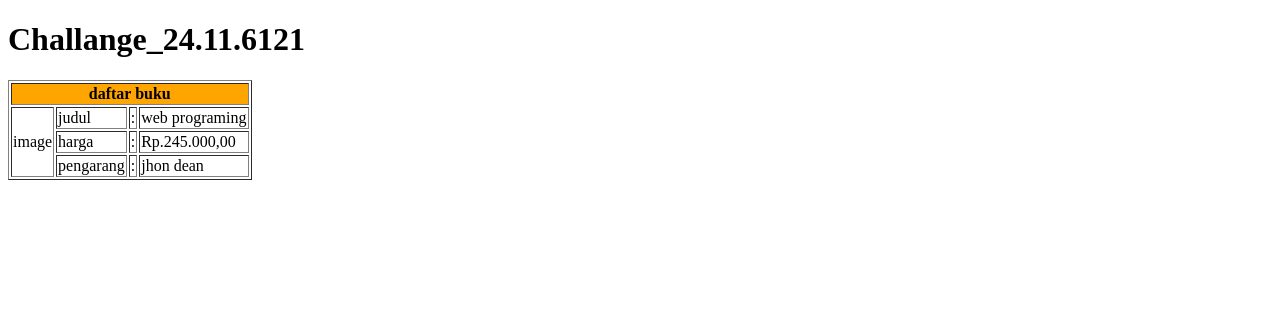
Repository: Tepen-com/challenge_24.11.6121_p4
Page: index.html
An editor plug-in stored every save of this project. The page is shown before and after the next save, followed by the edit.
The browser window is 1280 px wide. The pictures show the whole page.

Above is the page before, as saved 2026-04-20 10:47:47.

### index.html
<!DOCTYPE html>
<html lang="eng">
    <head>
        <meta charset="UTF-8">
        <meta name="viewport" content="width=device-width , initiave">
        <title>p1
        </title>

    </head>
    <body>
        <h1>Challange_24.11.6121</h1>
        <table border="1">
            <tr>
                <th colspan="4" bgcolor="orange"> daftar buku</th>
            </tr>
            <tr>
                <td rowspan="4"> image
                </td>
                <td>
                    judul
                </td>
                <td>
                    :
                </td>
                <td>
                    web programing
                </td>
            </tr>
            <tr>
                <td>harga</td>
                <td>:</td>
                <td>Rp.245.000,00</td>
            </tr>
            <tr>
                <td>pengarang</td>
                <td>:</td>
                <td>jhon dean</td>
            </tr>
        </table>



    </body>


</html>

After the next save:
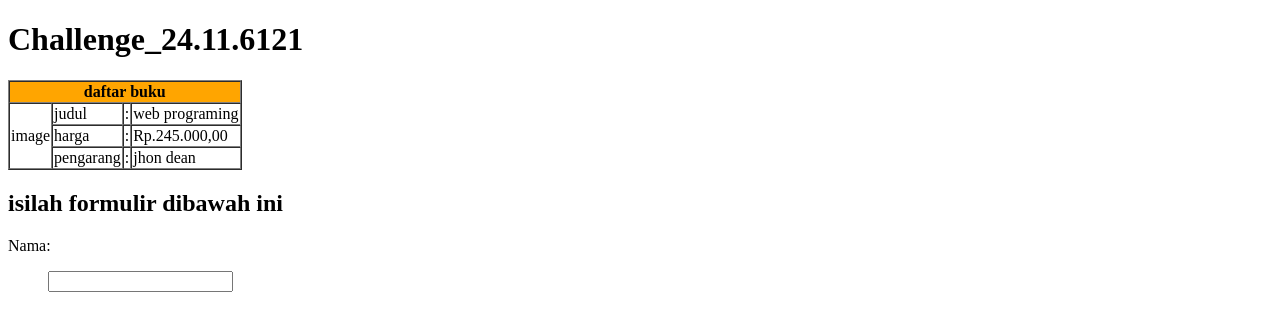
Saved 7 min 41 s later.
--- a/index.html
+++ b/index.html
@@ -8,8 +8,8 @@
 
     </head>
     <body>
-        <h1>Challange_24.11.6121</h1>
-        <table border="1">
+        <h1>Challenge_24.11.6121</h1>
+        <table border="1" cellspacing="0">
             <tr>
                 <th colspan="4" bgcolor="orange"> daftar buku</th>
             </tr>
@@ -37,8 +37,8 @@
                 <td>jhon dean</td>
             </tr>
         </table>
-
-
+        <h2>isilah formulir dibawah ini</h2>
+        <p>Nama:</p>  <blockquote><input type="text" value</blockquote>
 
     </body>
 
